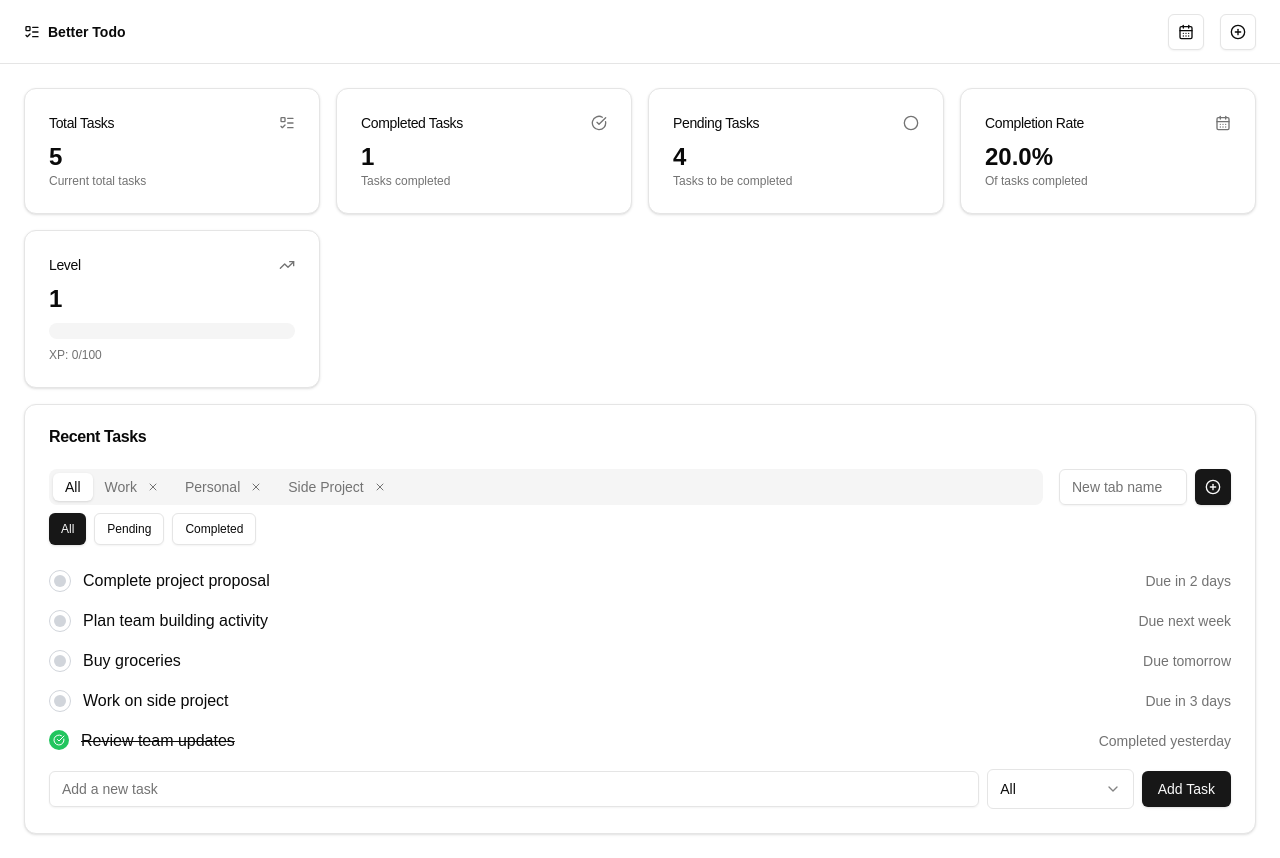
Repository: malikbarbier7/better-todo
Page: /dashboard
These files come from the project's save history. The page is drawn as it stood at one moment and after the next save; the edit follows.
The browser window is 1280 px wide. The pictures show the whole page.
The project was rebuilt for these pictures with package versions that can differ from the ones it lists, and the page was loaded fresh each time. The framework's server and built-in components were replaced by stand-ins that run in the browser. Also part of the build but not shown: next.config.js, next.config.mjs.

Above is the page before, as saved 2024-10-04 11:42:59.

### app/dashboard/page.tsx
import { Dashboard } from '@/components/dashboard'

export default function DashboardPage() {
  return <Dashboard />
}

### components/dashboard.tsx
'use client'

import React from 'react'
import { Button } from "@/components/ui/button"
import { Card, CardContent, CardHeader, CardTitle } from "@/components/ui/card"
import { Input } from "@/components/ui/input"
import { Tabs, TabsContent, TabsList, TabsTrigger } from "@/components/ui/tabs"
import { CalendarDays, CheckCircle, Circle, ListTodo, PlusCircle, X, ChevronDown, TrendingUp } from "lucide-react"
import { Progress } from "@/components/ui/progress"
import {
  Select,
  SelectContent,
  SelectItem,
  SelectTrigger,
  SelectValue,
} from "@/components/ui/select"

export function Dashboard() {
  const [tabs, setTabs] = React.useState(['All', 'Work', 'Personal', 'Side Project'])
  const [activeTab, setActiveTab] = React.useState('All')
  const [newTabName, setNewTabName] = React.useState('')
  const [newTaskName, setNewTaskName] = React.useState('')
  const [newTaskSpace, setNewTaskSpace] = React.useState('All')
  const [tasks, setTasks] = React.useState({
    'All': [
      { id: 1, name: 'Complete project proposal', status: 'pending', category: 'Work', dueDate: 'Due in 2 days' },
      { id: 2, name: 'Review team updates', status: 'completed', category: 'Work', dueDate: 'Completed yesterday' },
      { id: 3, name: 'Plan team building activity', status: 'pending', category: 'Work', dueDate: 'Due next week' },
      { id: 4, name: 'Buy groceries', status: 'pending', category: 'Personal', dueDate: 'Due tomorrow' },
      { id: 5, name: 'Work on side project', status: 'pending', category: 'Side Project', dueDate: 'Due in 3 days' },
    ],
    'Work': [
      { id: 1, name: 'Complete project proposal', status: 'pending', category: 'Work', dueDate: 'Due in 2 days' },
      { id: 2, name: 'Review team updates', status: 'completed', category: 'Work', dueDate: 'Completed yesterday' },
      { id: 3, name: 'Plan team building activity', status: 'pending', category: 'Work', dueDate: 'Due next week' },
    ],
    'Personal': [
      { id: 4, name: 'Buy groceries', status: 'pending', category: 'Personal', dueDate: 'Due tomorrow' },
    ],
    'Side Project': [
      { id: 5, name: 'Work on side project', status: 'pending', category: 'Side Project', dueDate: 'Due in 3 days' },
    ],
  })

  const [taskFilter, setTaskFilter] = React.useState('all')
  const [level, setLevel] = React.useState(1)
  const [xp, setXp] = React.useState(0)

  const handleAddTab = () => {
    if (newTabName && !tabs.includes(newTabName)) {
      const updatedTabs = [...tabs, newTabName];
      setTabs(updatedTabs);
      setTasks(prevTasks => ({ ...prevTasks, [newTabName]: [] }));
      setActiveTab(newTabName);
      setNewTaskSpace(newTabName); // Mettre à jour l'espace de la nouvelle tâche
      setNewTabName('');
    }
  }

  const handleRemoveTab = (tab: string) => {
    if (tab !== 'All') {
      const newTabs = tabs.filter(t => t !== tab)
      const { [tab]: removedTasks, ...restTasks } = tasks
      setTabs(newTabs)
      setTasks(restTasks)
      setActiveTab('All')
    }
  }

  const handleAddTask = (e: React.FormEvent) => {
    e.preventDefault()
    if (newTaskName) {
      const newTask = {
        id: Date.now(),
        name: newTaskName,
        status: 'pending',
        category: newTaskSpace === 'All' ? 'Uncategorized' : newTaskSpace,
        dueDate: 'Not set'
      }
      setTasks(prevTasks => {
        const updatedTasks = { ...prevTasks };
        if (newTaskSpace !== 'All') {
          updatedTasks[newTaskSpace] = [...(updatedTasks[newTaskSpace] || []), newTask];
        }
        updatedTasks['All'] = [...updatedTasks['All'], newTask];
        return updatedTasks;
      })
      setNewTaskName('')
    }
  }

  const handleTaskStatusChange = (taskId: string, newStatus: 'completed' | 'pending') => {
    setTasks(prevTasks => {
      const updatedTasks = { ...prevTasks };
      for (const category in updatedTasks) {
        updatedTasks[category] = updatedTasks[category]
          .map(task => {
            if (task.id.toString() === taskId) {
              if (task.status === 'pending' && newStatus === 'completed') {
                // Task is being completed, gain XP
                gainXP(10)
              }
              return { ...task, status: newStatus }
            }
            return task
          })
          .sort((a, b) => {
            if (a.status === 'pending' && b.status === 'completed') return -1;
            if (a.status === 'completed' && b.status === 'pending') return 1;
            return 0;
          });
      }
      return updatedTasks;
    });
  };

  const gainXP = (amount: number) => {
    setXp(prevXP => {
      const newXP = prevXP + amount
      if (newXP >= 100) {
        setLevel(prevLevel => prevLevel + 1)
        return newXP - 100
      }
      return newXP
    })
  }

  // Calculer le nombre total de tâches
  const totalTasks = tasks['All'].length;

  // Calculer le nombre de tâches complétées
  const completedTasks = tasks['All'].filter(task => task.status === 'completed').length;

  // Calculer le nombre de tâches en attente
  const pendingTasks = totalTasks - completedTasks;

  // Calculer le taux de complétion
  const completionRate = totalTasks > 0 ? ((completedTasks / totalTasks) * 100).toFixed(1) : '0.0';

  const filteredTasks = React.useMemo(() => {
    return (tasks[activeTab] || [])
      .filter(task => {
        if (taskFilter === 'all') return true;
        if (taskFilter === 'pending') return task.status === 'pending';
        if (taskFilter === 'completed') return task.status === 'completed';
        return true;
      })
      .sort((a, b) => {
        // Trier les tâches : pendantes en haut, complétées en bas
        if (a.status === 'pending' && b.status === 'completed') return -1;
        if (a.status === 'completed' && b.status === 'pending') return 1;
        return 0;
      });
  }, [tasks, activeTab, taskFilter]);

  // Mettre à jour newTaskSpace quand activeTab change
  React.useEffect(() => {
    setNewTaskSpace(activeTab);
  }, [activeTab]);

  return (
    <div className="flex flex-col min-h-screen">
      <header className="flex items-center h-16 px-4 border-b shrink-0 md:px-6">
        <nav className="flex-1">
          <ul className="flex items-center gap-4 text-sm font-medium">
            <li className="flex items-center gap-2">
              <ListTodo className="w-4 h-4" />
              <span className="font-bold">Better Todo</span>
            </li>
          </ul>
        </nav>
        <div className="flex items-center gap-4 md:gap-2 lg:gap-4">
          <Button variant="outline" size="icon">
            <CalendarDays className="w-4 h-4" />
            <span className="sr-only">View calendar</span>
          </Button>
          <Button variant="outline" size="icon">
            <PlusCircle className="w-4 h-4" />
            <span className="sr-only">Create new task</span>
          </Button>
        </div>
      </header>
      <main className="flex-1 overflow-auto p-4 md:p-6">
        <div className="grid gap-4 md:grid-cols-2 lg:grid-cols-4">
          <Card>
            <CardHeader className="flex flex-row items-center justify-between pb-2 space-y-0">
              <CardTitle className="text-sm font-medium">Total Tasks</CardTitle>
              <ListTodo className="w-4 h-4 text-muted-foreground" />
            </CardHeader>
            <CardContent>
              <div className="text-2xl font-bold">{totalTasks}</div>
              <p className="text-xs text-muted-foreground">Current total tasks</p>
            </CardContent>
          </Card>
          <Card>
            <CardHeader className="flex flex-row items-center justify-between pb-2 space-y-0">
              <CardTitle className="text-sm font-medium">Completed Tasks</CardTitle>
              <CheckCircle className="w-4 h-4 text-muted-foreground" />
            </CardHeader>
            <CardContent>
              <div className="text-2xl font-bold">{completedTasks}</div>
              <p className="text-xs text-muted-foreground">Tasks completed</p>
            </CardContent>
          </Card>
          <Card>
            <CardHeader className="flex flex-row items-center justify-between pb-2 space-y-0">
              <CardTitle className="text-sm font-medium">Pending Tasks</CardTitle>
              <Circle className="w-4 h-4 text-muted-foreground" />
            </CardHeader>
            <CardContent>
              <div className="text-2xl font-bold">{pendingTasks}</div>
              <p className="text-xs text-muted-foreground">Tasks to be completed</p>
            </CardContent>
          </Card>
          <Card>
            <CardHeader className="flex flex-row items-center justify-between pb-2 space-y-0">
              <CardTitle className="text-sm font-medium">Completion Rate</CardTitle>
              <CalendarDays className="w-4 h-4 text-muted-foreground" />
            </CardHeader>
            <CardContent>
              <div className="text-2xl font-bold">{completionRate}%</div>
              <p className="text-xs text-muted-foreground">Of tasks completed</p>
            </CardContent>
          </Card>
          <Card>
            <CardHeader className="flex flex-row items-center justify-between pb-2 space-y-0">
              <CardTitle className="text-sm font-medium">Level</CardTitle>
              <TrendingUp className="w-4 h-4 text-muted-foreground" />
            </CardHeader>
            <CardContent>
              <div className="text-2xl font-bold">{level}</div>
              <Progress value={xp} className="mt-2" />
              <p className="text-xs text-muted-foreground mt-2">XP: {xp}/100</p>
            </CardContent>
          </Card>
        </div>
        <Card className="mt-4">
          <CardHeader>
            <CardTitle>Recent Tasks</CardTitle>
          </CardHeader>
          <CardContent>
            <Tabs value={activeTab} onValueChange={(value) => {
              setActiveTab(value);
              setNewTaskSpace(value); // Mettre à jour newTaskSpace ici aussi
            }} className="w-full">
              <div className="flex flex-col">
                <div className="mb-4">
                  <div className="flex justify-between items-center">
                    <TabsList className="flex-grow justify-start">
                      {tabs.map((tab) => (
                        <TabsTrigger key={tab} value={tab} className="flex items-center">
                          {tab}
                          {tab !== 'All' && (
                            <Button
                              variant="ghost"
                              size="icon"
                              className="ml-2 h-4 w-4"
                              onClick={(e) => {
                                e.stopPropagation()
                                handleRemoveTab(tab)
                              }}
                            >
                              <X className="h-3 w-3" />
                            </Button>
                          )}
                        </TabsTrigger>
                      ))}
                    </TabsList>
                    <div className="flex items-center space-x-2 ml-4">
                      <Input
                        placeholder="New tab name"
                        value={newTabName}
                        onChange={(e) => setNewTabName(e.target.value)}
                        className="w-32"
                      />
                      <Button onClick={handleAddTab} size="icon">
                        <PlusCircle className="h-4 w-4" />
                      </Button>
                    </div>
                  </div>
                  <div className="flex justify-start mt-2">
                    <div className="flex items-center space-x-2">
                      <Button
                        size="sm"
                        variant={taskFilter === 'all' ? 'default' : 'outline'}
                        onClick={() => setTaskFilter('all')}
                      >
                        All
                      </Button>
                      <Button
                        size="sm"
                        variant={taskFilter === 'pending' ? 'default' : 'outline'}
                        onClick={() => setTaskFilter('pending')}
                      >
                        Pending
                      </Button>
                      <Button
                        size="sm"
                        variant={taskFilter === 'completed' ? 'default' : 'outline'}
                        onClick={() => setTaskFilter('completed')}
                      >
                        Completed
                      </Button>
                    </div>
                  </div>
                </div>
                <div>
                  {tabs.map((tab) => (
                    <TabsContent key={tab} value={tab}>
                      <div className="space-y-4">
                        {filteredTasks.map((task) => (
                          <div key={task.id} className="flex items-center">
                            <div className="relative">
                              {task.status === 'completed' ? (
                                <button
                                  className="p-1 bg-green-500 text-white rounded-full"
                                  onClick={() => handleTaskStatusChange(task.id.toString(), 'pending')}
                                >
                                  <CheckCircle className="w-3 h-3" />
                                </button>
                              ) : (
                                <button
                                  className="p-1 border border-gray-300 rounded-full flex items-center justify-center"
                                  onClick={() => handleTaskStatusChange(task.id.toString(), 'completed')}
                                >
                                  <div className="w-3 h-3 bg-gray-300 rounded-full"></div>
                                </button>
                              )}
                            </div>
                            <span className={`ml-3 flex-1 ${task.status === 'completed' ? 'line-through' : ''}`}>{task.name}</span>
                            <span className="text-sm text-muted-foreground">{task.dueDate}</span>
                          </div>
                        ))}
                      </div>
                      <form onSubmit={handleAddTask} className="mt-4 flex items-center space-x-2">
                        <Input
                          placeholder="Add a new task"
                          value={newTaskName}
                          onChange={(e) => setNewTaskName(e.target.value)}
                          className="flex-grow"
                        />
                        <Select
                          value={tabs.includes(newTaskSpace) ? newTaskSpace : 'All'}
                          onValueChange={setNewTaskSpace}
                        >
                          <SelectTrigger className="w-[180px]">
                            <SelectValue placeholder="Select space" />
                          </SelectTrigger>
                          <SelectContent>
                            {tabs.map((tab) => (
                              <SelectItem key={tab} value={tab}>{tab}</SelectItem>
                            ))}
                          </SelectContent>
                        </Select>
                        <Button type="submit">Add Task</Button>
                      </form>
                    </TabsContent>
                  ))}
                </div>
              </div>
            </Tabs>
          </CardContent>
        </Card>
      </main>
    </div>
  )
}

### components/ui/button.tsx
import * as React from "react"
import { Slot } from "@radix-ui/react-slot"
import { cva, type VariantProps } from "class-variance-authority"

import { cn } from "@/lib/utils"

const buttonVariants = cva(
  "inline-flex items-center justify-center whitespace-nowrap rounded-md text-sm font-medium transition-colors focus-visible:outline-none focus-visible:ring-1 focus-visible:ring-ring disabled:pointer-events-none disabled:opacity-50",
  {
    variants: {
      variant: {
        default:
          "bg-primary text-primary-foreground shadow hover:bg-primary/90",
        destructive:
          "bg-destructive text-destructive-foreground shadow-sm hover:bg-destructive/90",
        outline:
          "border border-input bg-background shadow-sm hover:bg-accent hover:text-accent-foreground",
        secondary:
          "bg-secondary text-secondary-foreground shadow-sm hover:bg-secondary/80",
        ghost: "hover:bg-accent hover:text-accent-foreground",
        link: "text-primary underline-offset-4 hover:underline",
      },
      size: {
        default: "h-9 px-4 py-2",
        sm: "h-8 rounded-md px-3 text-xs",
        lg: "h-10 rounded-md px-8",
        icon: "h-9 w-9",
      },
    },
    defaultVariants: {
      variant: "default",
      size: "default",
    },
  }
)

export interface ButtonProps
  extends React.ButtonHTMLAttributes<HTMLButtonElement>,
    VariantProps<typeof buttonVariants> {
  asChild?: boolean
}

const Button = React.forwardRef<HTMLButtonElement, ButtonProps>(
  ({ className, variant, size, asChild = false, ...props }, ref) => {
    const Comp = asChild ? Slot : "button"
    return (
      <Comp
        className={cn(buttonVariants({ variant, size, className }))}
        ref={ref}
        {...props}
      />
    )
  }
)
Button.displayName = "Button"

export { Button, buttonVariants }

### components/ui/card.tsx
import * as React from "react"

import { cn } from "@/lib/utils"

const Card = React.forwardRef<
  HTMLDivElement,
  React.HTMLAttributes<HTMLDivElement>
>(({ className, ...props }, ref) => (
  <div
    ref={ref}
    className={cn(
      "rounded-xl border bg-card text-card-foreground shadow",
      className
    )}
    {...props}
  />
))
Card.displayName = "Card"

const CardHeader = React.forwardRef<
  HTMLDivElement,
  React.HTMLAttributes<HTMLDivElement>
>(({ className, ...props }, ref) => (
  <div
    ref={ref}
    className={cn("flex flex-col space-y-1.5 p-6", className)}
    {...props}
  />
))
CardHeader.displayName = "CardHeader"

const CardTitle = React.forwardRef<
  HTMLParagraphElement,
  React.HTMLAttributes<HTMLHeadingElement>
>(({ className, ...props }, ref) => (
  <h3
    ref={ref}
    className={cn("font-semibold leading-none tracking-tight", className)}
    {...props}
  />
))
CardTitle.displayName = "CardTitle"

const CardDescription = React.forwardRef<
  HTMLParagraphElement,
  React.HTMLAttributes<HTMLParagraphElement>
>(({ className, ...props }, ref) => (
  <p
    ref={ref}
    className={cn("text-sm text-muted-foreground", className)}
    {...props}
  />
))
CardDescription.displayName = "CardDescription"

const CardContent = React.forwardRef<
  HTMLDivElement,
  React.HTMLAttributes<HTMLDivElement>
>(({ className, ...props }, ref) => (
  <div ref={ref} className={cn("p-6 pt-0", className)} {...props} />
))
CardContent.displayName = "CardContent"

const CardFooter = React.forwardRef<
  HTMLDivElement,
  React.HTMLAttributes<HTMLDivElement>
>(({ className, ...props }, ref) => (
  <div
    ref={ref}
    className={cn("flex items-center p-6 pt-0", className)}
    {...props}
  />
))
CardFooter.displayName = "CardFooter"

export { Card, CardHeader, CardFooter, CardTitle, CardDescription, CardContent }

### components/ui/input.tsx
import * as React from "react"

import { cn } from "@/lib/utils"

export interface InputProps
  extends React.InputHTMLAttributes<HTMLInputElement> {}

const Input = React.forwardRef<HTMLInputElement, InputProps>(
  ({ className, type, ...props }, ref) => {
    return (
      <input
        type={type}
        className={cn(
          "flex h-9 w-full rounded-md border border-input bg-transparent px-3 py-1 text-sm shadow-sm transition-colors file:border-0 file:bg-transparent file:text-sm file:font-medium file:text-foreground placeholder:text-muted-foreground focus-visible:outline-none focus-visible:ring-1 focus-visible:ring-ring disabled:cursor-not-allowed disabled:opacity-50",
          className
        )}
        ref={ref}
        {...props}
      />
    )
  }
)
Input.displayName = "Input"

export { Input }

### components/ui/tabs.tsx
"use client"

import * as React from "react"
import * as TabsPrimitive from "@radix-ui/react-tabs"

import { cn } from "@/lib/utils"

const Tabs = TabsPrimitive.Root

const TabsList = React.forwardRef<
  React.ElementRef<typeof TabsPrimitive.List>,
  React.ComponentPropsWithoutRef<typeof TabsPrimitive.List>
>(({ className, ...props }, ref) => (
  <TabsPrimitive.List
    ref={ref}
    className={cn(
      "inline-flex h-9 items-center justify-center rounded-lg bg-muted p-1 text-muted-foreground",
      className
    )}
    {...props}
  />
))
TabsList.displayName = TabsPrimitive.List.displayName

const TabsTrigger = React.forwardRef<
  React.ElementRef<typeof TabsPrimitive.Trigger>,
  React.ComponentPropsWithoutRef<typeof TabsPrimitive.Trigger>
>(({ className, ...props }, ref) => (
  <TabsPrimitive.Trigger
    ref={ref}
    className={cn(
      "inline-flex items-center justify-center whitespace-nowrap rounded-md px-3 py-1 text-sm font-medium ring-offset-background transition-all focus-visible:outline-none focus-visible:ring-2 focus-visible:ring-ring focus-visible:ring-offset-2 disabled:pointer-events-none disabled:opacity-50 data-[state=active]:bg-background data-[state=active]:text-foreground data-[state=active]:shadow",
      className
    )}
    {...props}
  />
))
TabsTrigger.displayName = TabsPrimitive.Trigger.displayName

const TabsContent = React.forwardRef<
  React.ElementRef<typeof TabsPrimitive.Content>,
  React.ComponentPropsWithoutRef<typeof TabsPrimitive.Content>
>(({ className, ...props }, ref) => (
  <TabsPrimitive.Content
    ref={ref}
    className={cn(
      "mt-2 ring-offset-background focus-visible:outline-none focus-visible:ring-2 focus-visible:ring-ring focus-visible:ring-offset-2",
      className
    )}
    {...props}
  />
))
TabsContent.displayName = TabsPrimitive.Content.displayName

export { Tabs, TabsList, TabsTrigger, TabsContent }

### components/ui/progress.tsx
"use client"

import * as React from "react"
import * as ProgressPrimitive from "@radix-ui/react-progress"

import { cn } from "@/lib/utils"

const Progress = React.forwardRef<
  React.ElementRef<typeof ProgressPrimitive.Root>,
  React.ComponentPropsWithoutRef<typeof ProgressPrimitive.Root>
>(({ className, value, ...props }, ref) => (
  <ProgressPrimitive.Root
    ref={ref}
    className={cn(
      "relative h-4 w-full overflow-hidden rounded-full bg-secondary",
      className
    )}
    {...props}
  >
    <ProgressPrimitive.Indicator
      className="h-full w-full flex-1 bg-primary transition-all"
      style={{ transform: `translateX(-${100 - (value || 0)}%)` }}
    />
  </ProgressPrimitive.Root>
))
Progress.displayName = ProgressPrimitive.Root.displayName

export { Progress }

Loaded but not shown: app/layout.tsx (common file); app/globals.css (common file); lib/utils.ts (common file); tailwind.config.ts (common file); components/ui/select.tsx (121 lines, source omitted)

After the next save:
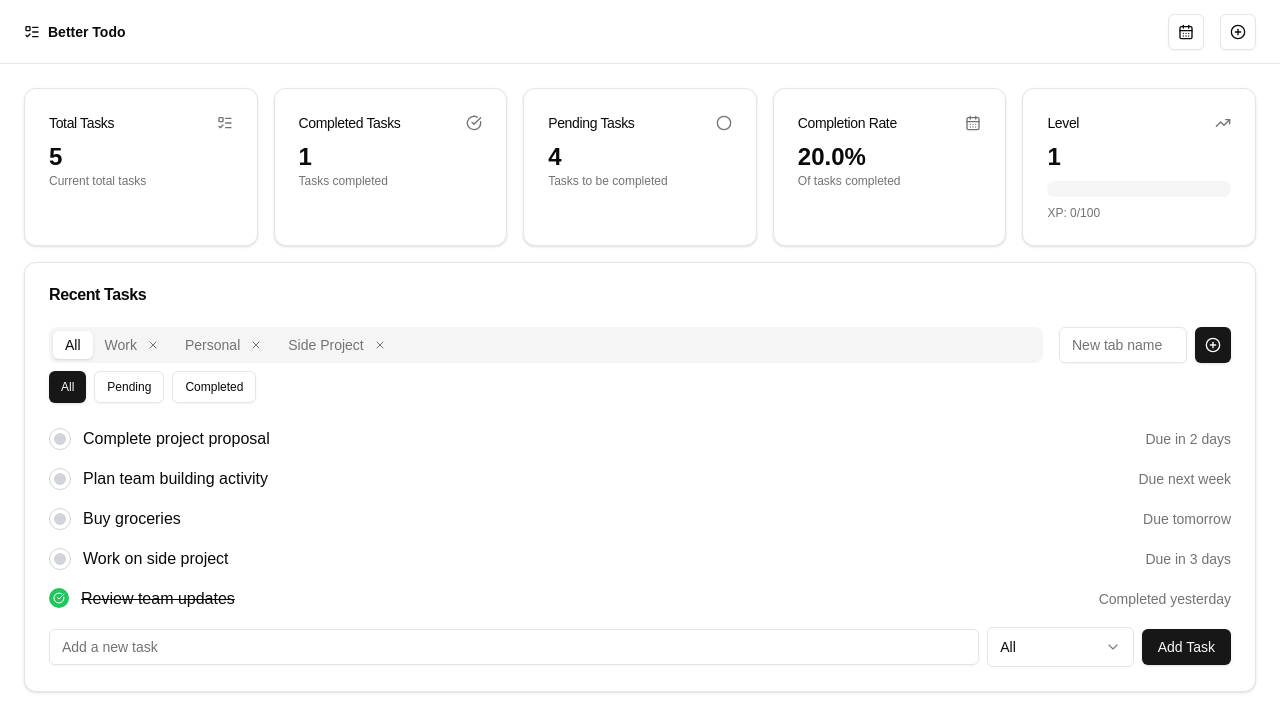
Saved 86 s later.
--- a/components/dashboard.tsx
+++ b/components/dashboard.tsx
@@ -181,7 +181,7 @@ export function Dashboard() {
         </div>
       </header>
       <main className="flex-1 overflow-auto p-4 md:p-6">
-        <div className="grid gap-4 md:grid-cols-2 lg:grid-cols-4">
+        <div className="grid gap-4 md:grid-cols-3 lg:grid-cols-5">
           <Card>
             <CardHeader className="flex flex-row items-center justify-between pb-2 space-y-0">
               <CardTitle className="text-sm font-medium">Total Tasks</CardTitle>
